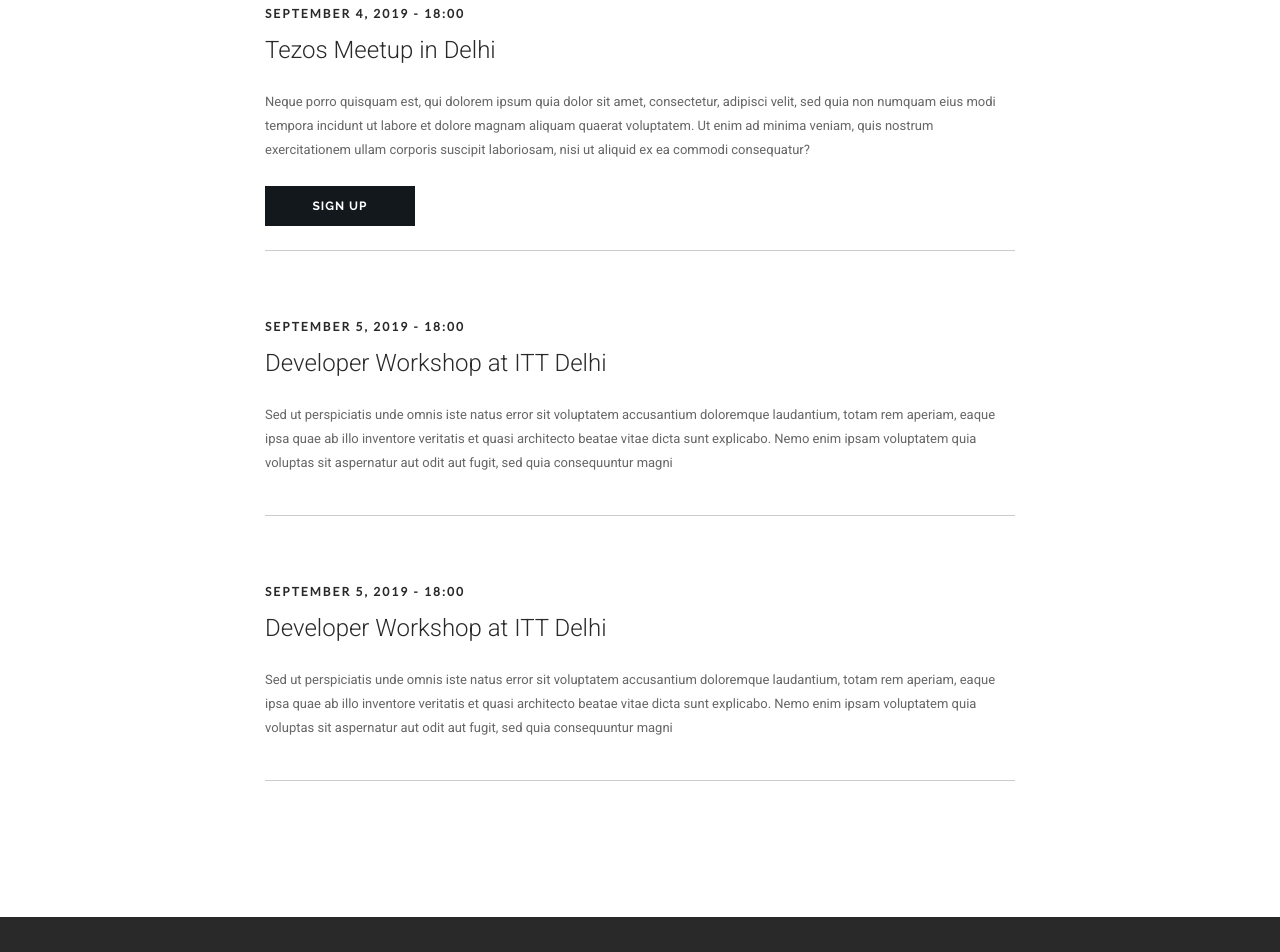
Repository: Tezos-India-Foundation/TIF-Website
Page: Tezos India Website/page.html
An editor plug-in stored every save of this project. The page is shown before and after the next save, followed by the edit.
The browser window is 1280 px wide. The pictures show the part of the page from y = 1971 to 2923 px (the page is 4037 px tall before and 4077 px after).
A picture or video elsewhere on the page could not be fetched, so the positions and the page height are approximate.

Above is the page before, as saved 2019-08-13 03:55:57.

### Tezos India Website/page.html
<!doctype html>
<html lang="en">

<head>
	<meta charset="utf-8">
	<title>Tezos India Foundation</title>
	<meta name="viewport" content="width=device-width, initial-scale=1.0">
	<link href="css/font-awesome.min.css" rel="stylesheet" type="text/css" media="all">
	<link href="css/themify-icons.css" rel="stylesheet" type="text/css" media="all" />
	<link href="css/bootstrap.css" rel="stylesheet" type="text/css" media="all" />
	<link href="css/theme-nearblack.css" rel="stylesheet" type="text/css" media="all" />
	<link href="css/custom.css" rel="stylesheet" type="text/css" media="all" />
	<link
		href='http://fonts.googleapis.com/css?family=Lato:300,400%7CRaleway:100,400,300,500,600,700%7COpen+Sans:400,500,600'
		rel='stylesheet' type='text/css'>
	<link href="http://fonts.googleapis.com/css?family=Roboto:100,300,400,600,700" rel="stylesheet" type="text/css">
	<link href="css/font-roboto.css" rel="stylesheet" type="text/css">
</head>

<body>

	<div class="nav-container">




		<nav class="bg-dark">
			<div class="nav-bar">
				<div class="module left">
					<a href="index.html">
						<img class="logo logo-light" alt="Foundry" src="img\logo with text.png">
						<img class="logo logo-dark" alt="Foundry" src="img/logo-dark.png">
					</a>
				</div>
				<div class="module widget-handle mobile-toggle right visible-sm visible-xs">
					<i class="ti-menu"></i>
				</div>
				<div class="module-group right">
					<div class="module left">
						<ul class="menu">
							<li>
								<a href="#">What We Do</a>
							</li>
							<li>
								<a href="#">Agenda</a>
							</li>
							<li>
								<a href="#">Team</a>
							</li>
							<li>
								<a href="#">Contact</a>
							</li>
					</div>

				</div>
		</nav>


	</div>

	<div class="main-container">





		<!-- <section class="cover fullscreen image-bg overlay">

			<div class="background-image-holder">
				<img alt="image" class="background-image" src="img/prop1.jpg">
			</div>
			<div class="container v-align-transform">
				<div class="row">
					<div class="col-sm-12 text-center">
						<h1 class="large mb16">Tezos India Foundation</h1>
						<h5 class="uppercase mb0">Education . meetups . partnerships</h5>
					</div>
				</div>

			</div>

			<div class="align-bottom relative-xs text-center" id="buttonslanding">
				<a class="btn btn-filled btn-lg mb32 mt-xs-40" href="#">What is Tezos?</a>
				<a class="btn btn-filled btn-lg mb32 mt-xs-40" href="#">Developer Resources</a>
			</div>

		</section> -->
		<section class="bg-dark">



			<div class="container">
				<div class="row">
					<!-- <div class="col-sm-12">

						<hr class="mb160 mb-xs-24">
					</div> -->
				</div>

				<div class="row" id="headerlanding">
					<div class="col-md-10">
						<h1 class="thin">Dedicated to Growing the Tezos Community in India.</h1>
					</div>
				</div>

				<div class="row mb40 mb-xs-0">
					<div class="col-md-6 col-sm-8">
						<p class="lead">The Tezos India Foundation assists individuals and
							entities to use the Tezos blockchain. Our goal is to grow
							the community and advance Tezos in India through education, meetups and
							partnerships.
							&nbsp;</p>
					</div>
				</div>

				<div class="row mb160 mb-xs-0" >
						<div class="col-md-6 col-sm-8" id="headerbuttons">
						<a class="btn btn-lg btn-filled" target="_blank" href="https://tezos.com/">What is Tezos?</a>
						<a class="btn btn-lg btn-white" id="devbutton" target="_blank" href="https://developers.tezos.com/">Developer Resources</a>
					</div>
					</div>



			</div>

		</section>
	</section><section class="image-bg overlay parallax">
		<div class="background-image-holder">
			<img alt="Background" class="background-image" src="img/home7.jpg" />
		</div>
		<div class="container">
			<div class="row">
				<div class="col-sm-12 text-center">
					<h2 class="mb16">There's so much to love</h2>
					<p class="lead mb64">
						A remarkably versatile template packed with features.
					</p>
				</div>
			</div>
			<!--end of row-->
			<div class="row">
				<div class="col-sm-4">
					<div class="feature feature-1 boxed">
						<div class="text-center">
							<i class="ti-package icon"></i>
							<h5 class="uppercase">Unique Concepts</h5>
						</div>
						<p>
							10 Fresh and unique concepts included out of the box. From portfolio to property showcase, Foundry's adaptable look is perfect for your next project.
						</p>
					</div>
					<!--end of feature-->
				</div>
				<div class="col-sm-4">
					<div class="feature feature-1 boxed">
						<div class="text-center">
							<i class="ti-infinite icon"></i>
							<h5 class="uppercase">Infinite Potential</h5>
						</div>
						<p>
							With over 100 pre-made HTML templates included, it's easier than ever to find a look that suits you. If not, just create your own with Variant Page Builder!
						</p>
					</div>
					<!--end of feature-->
				</div>
				<div class="col-sm-4">
					<div class="feature feature-1 boxed">
						<div class="text-center">
							<i class="ti-heart icon"></i>
							<h5 class="uppercase">Developer Friendly</h5>
						</div>
						<p>
							We haven't forgotten developers, that's why we've built Foundry from the ground-up as a powerful, easy to understand framework, with a focus on code readability.
						</p>
					</div>
					<!--end of feature-->
				</div>
			</div>
			<!--end of row-->
		</div>
		<!--end of container-->
	</section>
		<section>
			<div class="container">
				<div class="row mb64 mb-xs-24">
					<div class="col-sm-12 text-center">
						<h3>Agenda</h3>

					</div>
				</div>

				<div class="row">
					<div class="col-md-offset-2 col-md-8">
						<div class="tabbed-content button-tabs">


									<div class="tab-content text-left">
										<div>
											<div class="overflow-hidden">

												<div class=" p0-xs pt24">
													<h6 class="uppercase mb8 number">September 4, 2019 - 18:00</h6>
													<h4>Tezos Meetup in Delhi</h4>
												</div>
											</div>
											<p>
												Neque porro quisquam est, qui dolorem ipsum quia dolor sit amet,
												consectetur, adipisci velit, sed quia non numquam eius modi tempora
												incidunt ut labore et dolore magnam aliquam quaerat voluptatem. Ut enim
												ad minima veniam, quis nostrum exercitationem ullam corporis suscipit
												laboriosam, nisi ut aliquid ex ea commodi consequatur?
											</p>

											<a class="btn btn-filled" target="_blank" href="https://berndoostrum.typeform.com/to/sGThtu">Sign Up</a>
											<hr class="mt30 mb40 mt-xs-0 mb-xs-24">
										</div>
										<div>
											<div class="overflow-hidden">

												<div class=" p0-xs pt24">
													<h6 class="uppercase mb8 number">September 5, 2019 - 18:00</h6>
													<h4>Developer Workshop at ITT Delhi</h4>
												</div>
											</div>
											<p>
												Sed ut perspiciatis unde omnis iste natus error sit voluptatem
												accusantium doloremque laudantium, totam rem aperiam, eaque ipsa quae ab
												illo inventore veritatis et quasi architecto beatae vitae dicta sunt
												explicabo. Nemo enim ipsam voluptatem quia voluptas sit aspernatur aut
												odit aut fugit, sed quia consequuntur magni
											</p>
											<hr class="mt40 mb40 mt-xs-0 mb-xs-24">
										</div>
										<div>
											<div class="overflow-hidden">

												<div class=" p0-xs pt24">
													<h6 class="uppercase mb8 number">September 5, 2019 - 18:00</h6>
													<h4>Developer Workshop at ITT Delhi</h4>
												</div>
											</div>
											<p>
												Sed ut perspiciatis unde omnis iste natus error sit voluptatem
												accusantium doloremque laudantium, totam rem aperiam, eaque ipsa quae ab
												illo inventore veritatis et quasi architecto beatae vitae dicta sunt
												explicabo. Nemo enim ipsam voluptatem quia voluptas sit aspernatur aut
												odit aut fugit, sed quia consequuntur magni
											</p>
											<hr class="mt40 mb40 mt-xs-0 mb-xs-24">
										</div>
									</div>

						</div>

					</div>
				</div>


		</section>
		<section class="bg-dark">
			<div class="container">
				<div class="row">
					<div class="col-md-4 col-sm-6">
						<div class="image-tile outer-title text-center">
							<img alt="Pic" src="img/headshot_berndoostrum.jpg">
							<div class="title mb16">
								<h5 class="uppercase mb0">Bernd Oostrum</h5>
								<span>Director</span>
							</div>
							<p class="mb0">
								Sed ut perspiciatis unde omnis iste natus error sit voluptatem accusantium doloremque
								laudantium, totam rem aperiam, eaque ipsa quae ab illo inventore veritatis.
							</p>
						</div>
					</div>

					<div class="col-md-4 col-sm-6">
						<div class="image-tile outer-title text-center">
							<img alt="Pic" src="img/headshot_gokul.jpg">
							<div class="title mb16">
								<h5 class="uppercase mb0">Gokul Alex</h5>
								<span>Director</span>
							</div>
							<p class="mb0">
								Sed ut perspiciatis unde omnis iste natus error sit voluptatem accusantium doloremque
								laudantium, totam rem aperiam, eaque ipsa quae ab illo inventore veritatis.
							</p>
						</div>
					</div>
					<div class="col-md-4 col-sm-6">
						<div class="image-tile outer-title text-center">
							<img alt="Pic" src="img/headshot_om.jpg">
							<div class="title mb16">
								<h5 class="uppercase mb0">Om Malviya</h5>
								<span>Director</span>
							</div>
							<p class="mb0">
								Sed ut perspiciatis unde omnis iste natus error sit voluptatem accusantium doloremque
								laudantium, totam rem aperiam, eaque ipsa quae ab illo inventore veritatis.
							</p>
						</div>
					</div>
				</div>

			</div>

		</section>
		<section class="bg-primary">
			<div class="container">
				<div class="row">
					<div class="col-sm-12 text-center">
						<h3 class="mb0 inline-block p32 p0-xs">Interested in exploring Tezos?</h3>
						<a class="btn btn-lg btn-white mb8 mt-xs-24" href="#">Reach out</a>
					</div>
				</div>

			</div>

		</section>
		<footer class="footer-2 bg-dark text-center-xs">
			<div class="container">
				<div class="row">
					<div class="col-sm-4">
						<a href="#"><img class="image-xxs fade-half" alt="Pic" src="img\logo with text.png"></a>
					</div>

					<div class="col-sm-5 text-center">
						<span class="fade-half">
							© Copyright 2019 Tezos India Foundation - All Rights Reserved
						</span>
					</div>

					<div class="col-sm-3 text-right text-center-xs">
						<ul class="list-inline social-list">
							<li><a href="#"><i class="ti-twitter-alt"></i></a></li>
							<li><a href="#"><i class="ti-facebook"></i></a></li>
							<li><a href="#"><i class="ti-linkedin"></i></a></li>

						</ul>
					</div>
				</div>
			</div>
		</footer>
	</div>


	<script src="js/jquery.min.js"></script>
	<script src="js/bootstrap.min.js"></script>
	<script src="js/parallax.js"></script>
	<script src="js/scripts.js"></script>
</body>

</html>

### Tezos India Website/css/custom.css
/****** PLACE YOUR CUSTOM STYLES HERE ******/

#headerlanding {
    padding-top: 15%;
}
#headerbuttons {
    padding-bottom: 10%;
}

#devbutton {

}

Loaded but not shown: Tezos India Website/css/font-awesome.min.css (library); Tezos India Website/css/themify-icons.css (common file); Tezos India Website/css/bootstrap.css (library); Tezos India Website/css/font-roboto.css (common file); Tezos India Website/js/jquery.min.js (library); Tezos India Website/js/bootstrap.min.js (library); Tezos India Website/js/parallax.js (library); Tezos India Website/js/scripts.js (1387 lines, source omitted); Tezos India Website/css/theme-nearblack.css (5712 lines, source omitted)

After the next save:
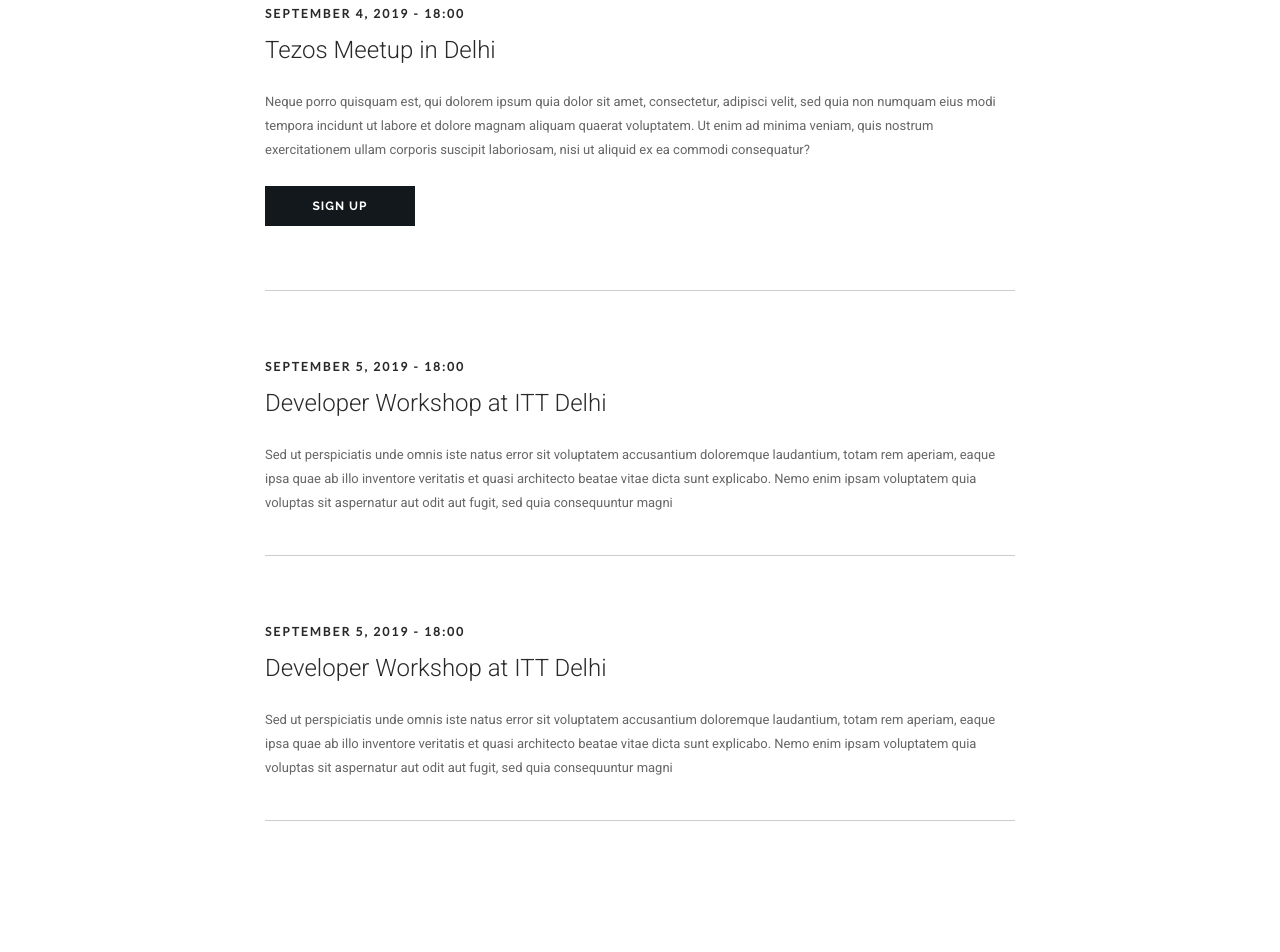
Saved 5 s later.
--- a/Tezos India Website/page.html
+++ b/Tezos India Website/page.html
@@ -213,7 +213,7 @@
 											</p>
 
 											<a class="btn btn-filled" target="_blank" href="https://berndoostrum.typeform.com/to/sGThtu">Sign Up</a>
-											<hr class="mt30 mb40 mt-xs-0 mb-xs-24">
+											<hr class="mt40 mb40 mt-xs-0 mb-xs-24">
 										</div>
 										<div>
 											<div class="overflow-hidden">
